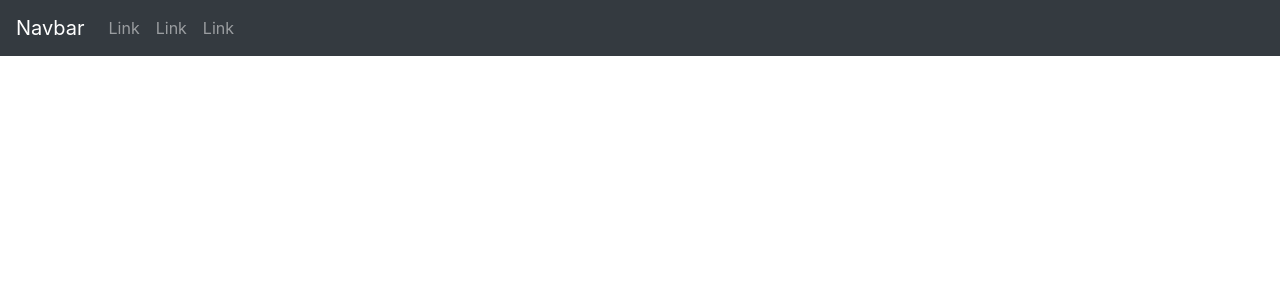
Repository: sna145815/Travel_v1
Page: http://localhost/Travel_v1/
The author's editor kept a copy of each file at every save. The page is drawn from the files as they stood at one save, then again after the next save.
The browser window is 1280 px wide. The pictures show the whole page.
The page is served by Tomcat 9. Other server files are loaded and not shown.

Above is the page before, as saved 2022-10-24 14:48:38.

### Travel_v1/src/main/webapp/index.jsp
<%@ page language="java" contentType="text/html; charset=UTF-8"
    pageEncoding="UTF-8"%>
<!DOCTYPE html>
<html lang="en">
<head>
  <title>Bootstrap Example</title>
  <meta charset="utf-8">
  <meta name="viewport" content="width=device-width, initial-scale=1">
  <link rel="stylesheet" href="https://cdn.jsdelivr.net/npm/bootstrap@4.6.1/dist/css/bootstrap.min.css">
  <script src="https://cdn.jsdelivr.net/npm/jquery@3.6.0/dist/jquery.slim.min.js"></script>
  <script src="https://cdn.jsdelivr.net/npm/popper.js@1.16.1/dist/umd/popper.min.js"></script>
  <script src="https://cdn.jsdelivr.net/npm/bootstrap@4.6.1/dist/js/bootstrap.bundle.min.js"></script>
</head>
<body>

<nav class="navbar navbar-expand-md bg-dark navbar-dark">
  <a class="navbar-brand" href="#">Navbar</a>
  <button class="navbar-toggler" type="button" data-toggle="collapse" data-target="#collapsibleNavbar">
    <span class="navbar-toggler-icon"></span>
  </button>
  <div class="collapse navbar-collapse" id="collapsibleNavbar">
    <ul class="navbar-nav">
      <li class="nav-item">
        <a class="nav-link" href="#">Link</a>
      </li>
      <li class="nav-item">
        <a class="nav-link" href="#">Link</a>
      </li>
      <li class="nav-item">
        <a class="nav-link" href="#">Link</a>
      </li>
    </ul>
  </div>
</nav>
<br>


</body>
</html>

After the next save:
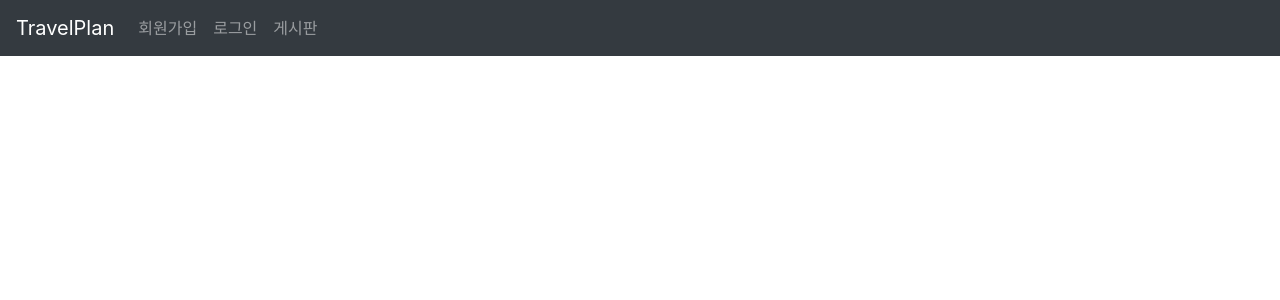
Saved 88 s later.
--- a/Travel_v1/src/main/webapp/index.jsp
+++ b/Travel_v1/src/main/webapp/index.jsp
@@ -14,20 +14,20 @@
 <body>
 
 <nav class="navbar navbar-expand-md bg-dark navbar-dark">
-  <a class="navbar-brand" href="#">Navbar</a>
+  <a class="navbar-brand" href="#">TravelPlan</a>
   <button class="navbar-toggler" type="button" data-toggle="collapse" data-target="#collapsibleNavbar">
     <span class="navbar-toggler-icon"></span>
   </button>
   <div class="collapse navbar-collapse" id="collapsibleNavbar">
     <ul class="navbar-nav">
       <li class="nav-item">
-        <a class="nav-link" href="#">Link</a>
+        <a class="nav-link" href="#">회원가입</a>
       </li>
       <li class="nav-item">
-        <a class="nav-link" href="#">Link</a>
+        <a class="nav-link" href="#">로그인</a>
       </li>
       <li class="nav-item">
-        <a class="nav-link" href="#">Link</a>
+        <a class="nav-link" href="#">게시판</a>
       </li>
     </ul>
   </div>
